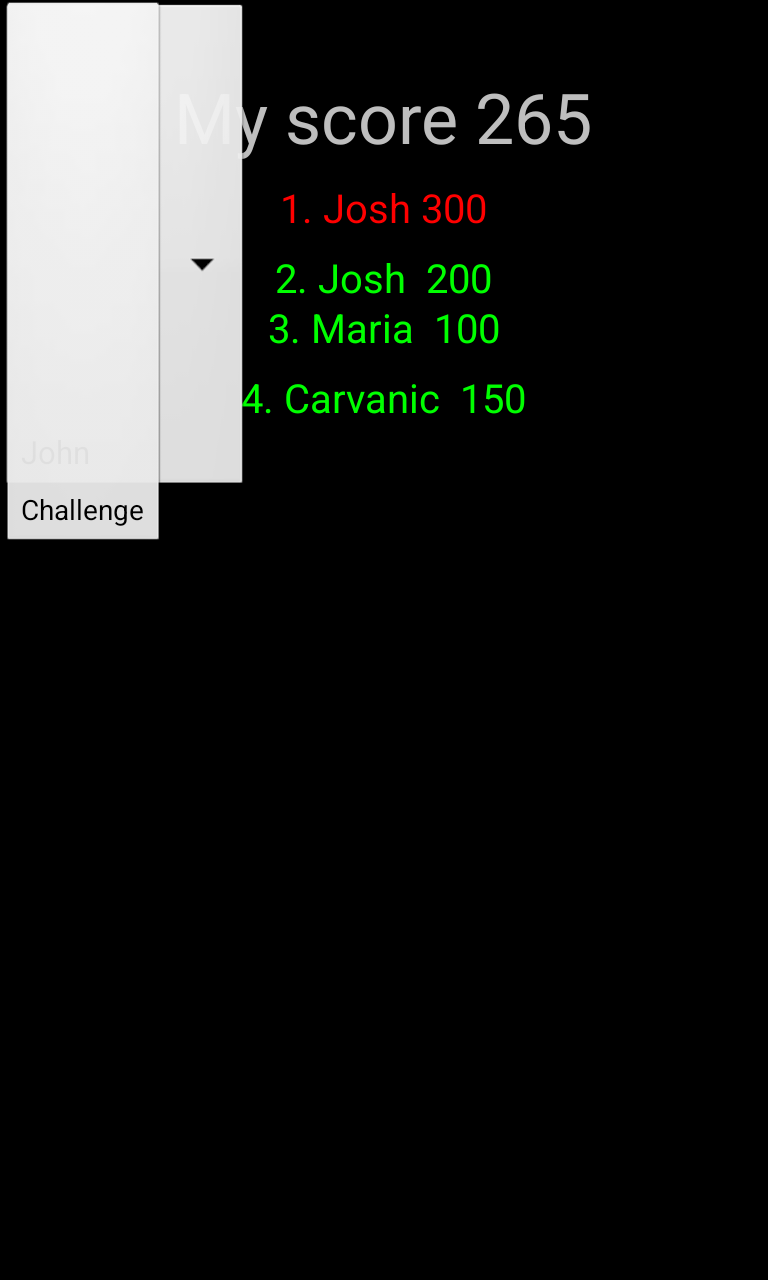
Repository: jSwati98/Android-Projects
Layout: TimeManagementBuddy/res/layout/challengeme.xml
These files come from the project's save history. The layout is drawn as it stood at one moment and after the next save; the edit follows.
It is drawn on a 768 x 1280 px phone screen (xhdpi) without system bars, with theme android:Theme; the app's code is not run.

Above is the layout before, as saved 2015-01-01 21:34:44.

### TimeManagementBuddy/res/layout/challengeme.xml
<RelativeLayout xmlns:android="http://schemas.android.com/apk/res/android"
    xmlns:tools="http://schemas.android.com/tools"
    android:layout_width="match_parent"
    android:layout_height="match_parent"

    tools:context=".MainActivity" >

     <TextView
        android:id="@+id/listGroup"
        android:layout_width="wrap_content"
        android:layout_height="wrap_content"
        android:layout_alignParentTop="true"
        android:layout_centerHorizontal="true"
        android:layout_marginTop="35dp"
        android:text="My score 265"
        android:textSize="35dp" />

    <TextView
        android:id="@+id/text1"
        android:layout_width="wrap_content"
        android:layout_height="wrap_content"
        android:layout_alignParentTop="true"
        android:layout_centerHorizontal="true"
        android:layout_marginTop="90dp"
        android:text="1. Josh 300"
        android:textColor="#ff0000"
        android:textSize="20dp" />



    <TextView
        android:id="@+id/text2"
        android:layout_width="wrap_content"
        android:layout_height="wrap_content"
        android:layout_alignParentTop="true"
        android:layout_centerHorizontal="true"
        android:textColor="#00ff00"
        android:paddingBottom="80dp"
        android:paddingLeft="20dp"
        android:paddingRight="20dp"
        android:paddingTop="125dp"
        android:scrollY="100dp"
        android:text="2. Josh  200"
        android:textSize="20dp"/>

    <TextView
        android:id="@+id/text3"
        android:layout_width="wrap_content"
        android:layout_height="wrap_content"
        android:layout_alignParentTop="true"
        android:layout_centerHorizontal="true"
        android:textColor="#00ff00"
        android:paddingBottom="80dp"
        android:paddingLeft="20dp"
        android:paddingRight="20dp"
        android:paddingTop="150dp"
        android:scrollY="150dp"
        android:text="3. Maria  100"
        android:textSize="20dp"/>

    <TextView
        android:id="@+id/text4"
        android:layout_width="wrap_content"
        android:layout_height="wrap_content"
        android:layout_alignParentTop="true"
        android:layout_centerHorizontal="true"
        android:textColor="#00ff00"
        android:paddingBottom="80dp"
        android:paddingLeft="20dp"
        android:paddingRight="20dp"
        android:paddingTop="185dp"
        android:scrollY="100dp"
        android:text="4. Carvanic  150"
        android:textSize="20dp"/>

    <Spinner
            android:id="@+id/prioritySpinner"
            android:paddingTop="215dp"
            android:layout_width="wrap_content"
        	android:layout_height="wrap_content"
            android:entries="@array/challenge_arrays"
            android:prompt="@string/challenge_prompt" />

     <Button
            android:id="@+id/confirm"
            android:layout_width="wrap_content"
        	android:layout_height="wrap_content"
            android:paddingTop="245dp"
            android:text="Challenge" />

</RelativeLayout>

### TimeManagementBuddy/res/values/strings.xml
<?xml version="1.0" encoding="utf-8"?>
<resources>
    <string name="app_name">Task Reminder</string>
    <string name="edit_reminder_title">Task Reminder - Edit</string>
    <string name="no_reminders">No Reminders Yet</string>
    <string name="menu_insert">Add Reminder</string>
    <string name="menu_delete">Delete Reminder</string>
  	<string name="menu_settings">Settings</string>
    <string name="title">Title</string>
    <string name="body">Body</string>
    <string name="confirm">Save</string>
    <string name="edit_reminder">Edit Reminder</string>
    <string name="date">Reminder Date</string>
    <string name="time">Reminder Time</string>

    <!-- Toasts -->
    <string name="task_saved_message">Task has been saved</string>

    <!-- Notification Bar -->
    <string name="notify_new_task_message">A task needs to be reviewed!</string>
    <string name="notify_new_task_title">Task Reminder!</string>

    <!-- Preferences -->
    <string name="pref_category_task_defaults_key">task_default_category</string>
	<string name="pref_category_task_defaults_title">Task Title Default</string>
	<string name="pref_task_title_key">default_reminder_title</string>
	<string name="pref_task_title_dialog_title">Default Reminder Title</string>
	<string name="pref_task_title_message">The default title for a reminder.</string>
	<string name="pref_task_title_summary">Default title for reminders.</string>
	<string name="pref_task_title_title">Default Reminder Title</string>

    <string name="pref_category_datetime_key">date_time_default_category</string>
    <string name="pref_category_datetime_title">Date Time Defaults</string>
    <string name="pref_default_time_from_now_key">time_from_now_default</string>
    <string name="pref_default_time_from_now_dialog_title">Time From Now</string>
    <string name="pref_default_time_from_now_message">The default time from now that a new reminder should be set to.</string>
	<string name="pref_default_time_from_now_summary">Sets the default time for a reminder.</string>
	<string name="pref_default_time_from_now_title">Default Reminder Time</string>
	<string name="priority_prompt">Priority</string>
	<string name="challenge_prompt">Players</string>

	<string name="priority_promptLabel">Reminder Priority</string>

	<string-array name="priority_arrays">
        <item>low</item>
        <item>medium</item>
        <item>high</item>
    </string-array>

	<string-array name="challenge_arrays">
	    <item>John</item>
        <item>Josh</item>
        <item>Maria</item>
        <item>Carvanic</item>
	</string-array>
    <string name="sunday">Sunday</string>
    <string name="monday">Monday</string>
    <string name="tuesday">Tuesday</string>
    <string name="wednesday">Wednesday</string>
    <string name="thursday">Thursday</string>
    <string name="friday">Friday</string>
    <string name="saturday">Saturday</string>
    <string name="january">January</string>
    <string name="february">February</string>
    <string name="march">March</string>
    <string name="april">April</string>
    <string name="may">May</string>
    <string name="june">June</string>
    <string name="july">July</string>
    <string name="august">August</string>
    <string name="september">September</string>
    <string name="october">October</string>
    <string name="november">November</string>
    <string name="december">December</string>
</resources>

After the next save:
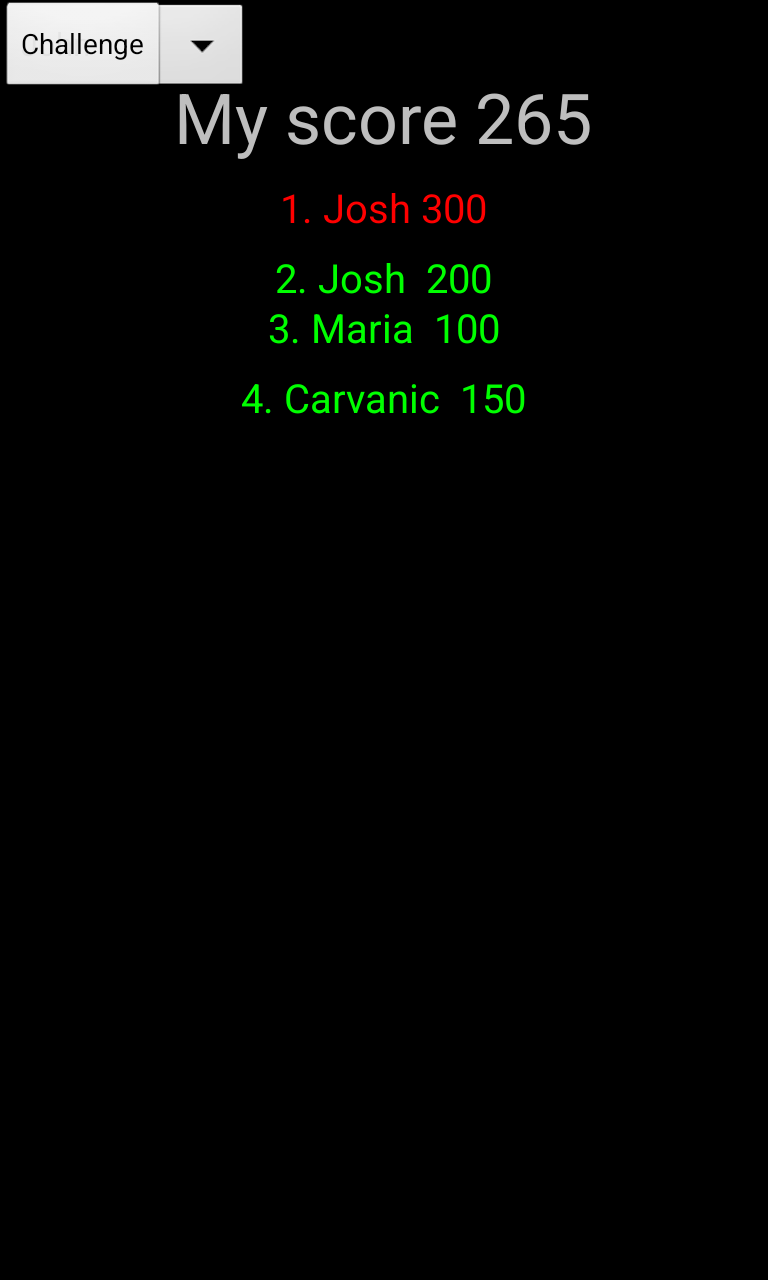
Saved 2 min 46 s later.
--- a/TimeManagementBuddy/res/layout/challengeme.xml
+++ b/TimeManagementBuddy/res/layout/challengeme.xml
@@ -75,7 +75,7 @@
 
     <Spinner
             android:id="@+id/prioritySpinner"
-            android:paddingTop="215dp"
+
             android:layout_width="wrap_content"
         	android:layout_height="wrap_content"
             android:entries="@array/challenge_arrays"
@@ -85,7 +85,7 @@
             android:id="@+id/confirm"
             android:layout_width="wrap_content"
         	android:layout_height="wrap_content"
-            android:paddingTop="245dp"
+
             android:text="Challenge" />
 
 </RelativeLayout>
